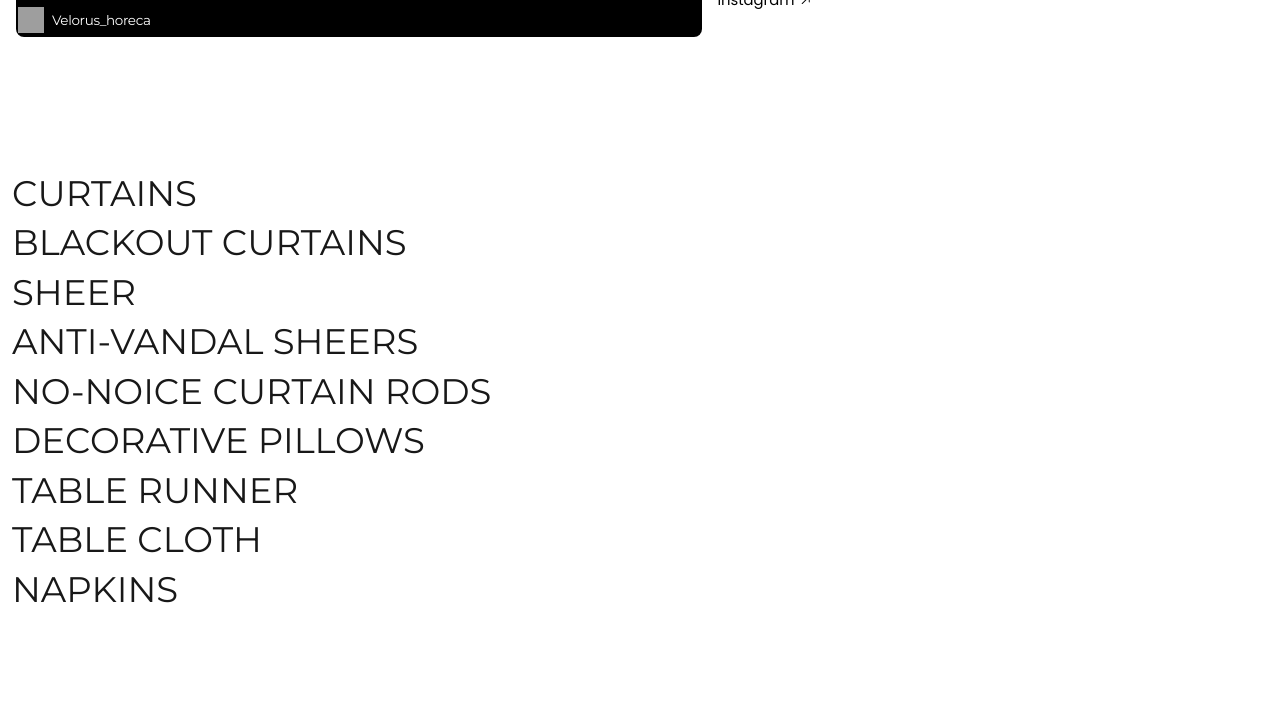
Repository: nikhilsinghrathore1/Shery_02
Page: /
The author's editor kept a copy of each file at every save. The page is drawn from the files as they stood at one save, then again after the next save.
The browser window is 1280 px wide. The pictures show the part of the page from y = 4475 to 5191 px (the page is 9789 px tall).
Pictures or frames that could not be fetched are drawn as grey boxes. The project was rebuilt for these pictures with package versions that can differ from the ones it lists, and the page was loaded fresh each time. Also part of the build but not shown: vite.config.js.

Above is the page before, as saved 2024-07-19 02:36:42.

After the next save:
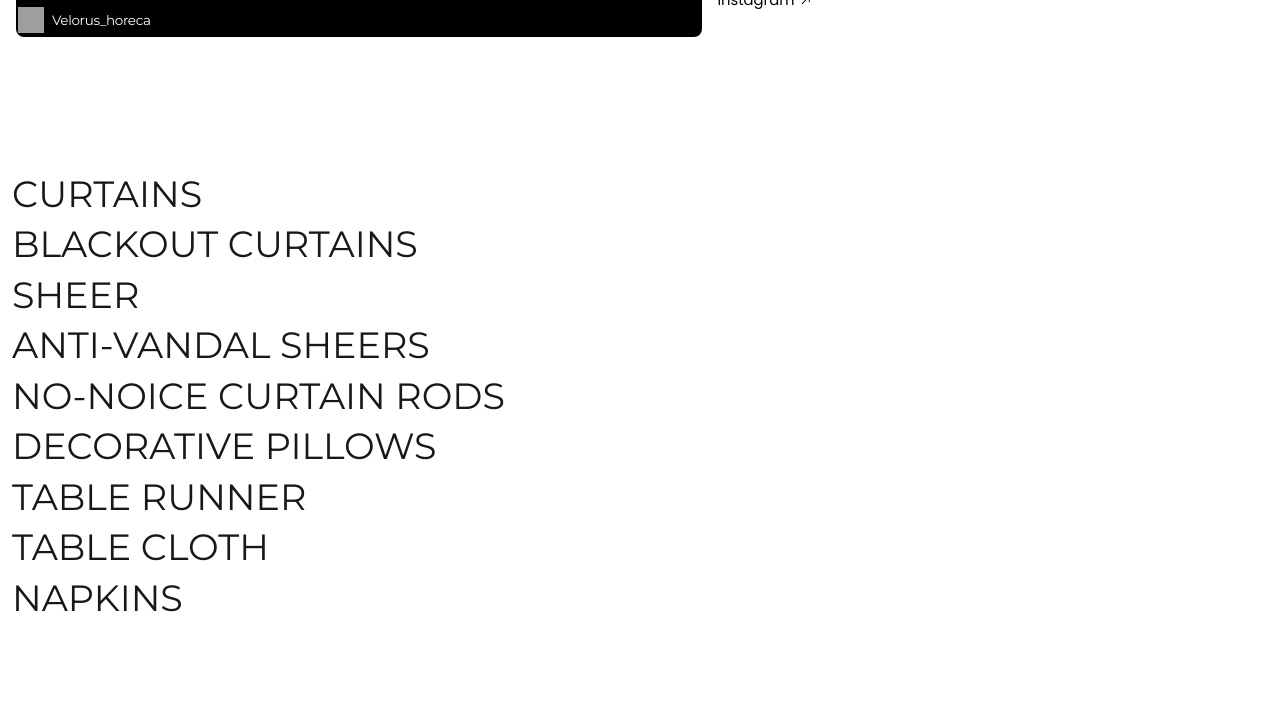
Saved 18 s later.
--- a/src/pages/Landing.jsx
+++ b/src/pages/Landing.jsx
@@ -66,7 +66,7 @@ const Landing = () => {
 
                 {/* this is the 3d text area */}
                 <div className='w-full pt-8 sm:pt-5 md:pt-0 flex h-[100vh] sm:h-[83vh] md:h-[77vh]'>
-               <div className='w-[80%]  uppercase leading-none f1 text-[34px] sm:text-[35.5px] pl-3 opacity-90 tracking  h-full '>
+               <div className='w-[80%]  uppercase leading-none f1 text-[34px] sm:text-[35.5px] md:text-[36.5px] pl-3 opacity-90 tracking  h-full '>
 
                               {Dtext[0].map((e,i)=>( <h1 key={i} className='mt-[14px]'>{e}</h1>))}
 
